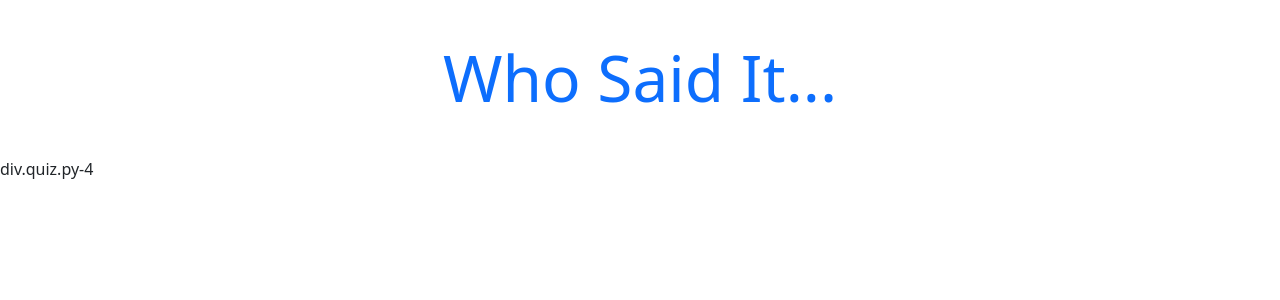
Repository: julihocc/Presentation-02-Forms-with-vanilla-JS
Page: index.html
The author's editor kept a copy of each file at every save. The page is drawn from the files as they stood at one save, then again after a run of saves.
The browser window is 1280 px wide. The pictures show the whole page.

Above is the page before, as saved 2022-09-27 13:11:29.

### index.html
<!-- step 0.1: create HTML5 template -->
<!DOCTYPE html>
<html lang="en">

<head>
    <meta charset="UTF-8">
    <meta http-equiv="X-UA-Compatible" content="IE=edge">
    <meta name="viewport" content="width=device-width, initial-scale=1.0">

    <!-- step 0.4: include bootstrap -->
    <!-- CSS only -->
    <link href="https://cdn.jsdelivr.net/npm/bootstrap@5.2.1/dist/css/bootstrap.min.css" rel="stylesheet"
        integrity="sha384-iYQeCzEYFbKjA/T2uDLTpkwGzCiq6soy8tYaI1GyVh/UjpbCx/TYkiZhlZB6+fzT" crossorigin="anonymous">

        <!-- step 0.2: change title -->
    <title>Who Said It...</title>
</head>

<body>

    <!-- step 1.1 top section -->
    <div class="intro py-3 bg-white text-center">
        <div class="container">
            <h2 class="text-primary display-3 my-4">
                Who Said It...
            </h2>
        </div>
    </div>

    <!-- step 1.4: quiz section -->
    div.quiz.py-4

    <!-- step 0.3: link js -->
    <script src="app.js"></script>
</body>

</html>

Loaded but not shown: app.js (no copy from this time; the picture is the same without it)

After the next 12 saves:
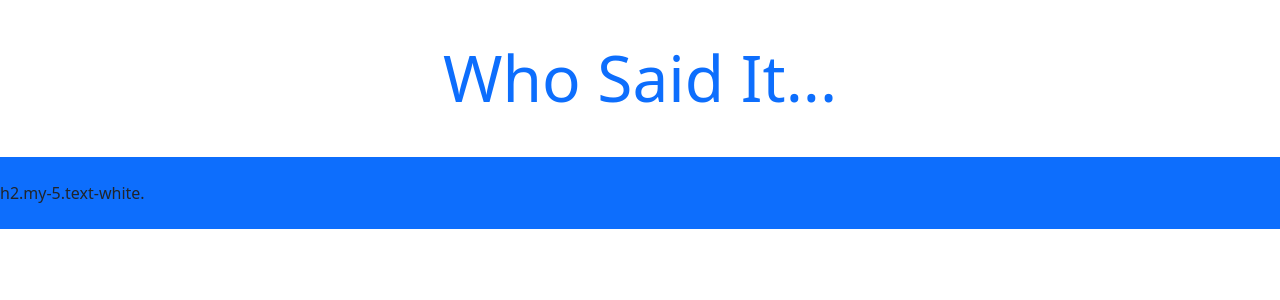
The 12 saves are shown as one change because they came seconds apart.
The last was saved 27 s later.
--- a/index.html
+++ b/index.html
@@ -28,7 +28,11 @@
     </div>
 
     <!-- step 1.4: quiz section -->
-    div.quiz.py-4
+    <div class="quiz py-4 bg-primary">
+        <div class="containter">
+            h2.my-5.text-white.
+        </div>
+    </div>
 
     <!-- step 0.3: link js -->
     <script src="app.js"></script>
